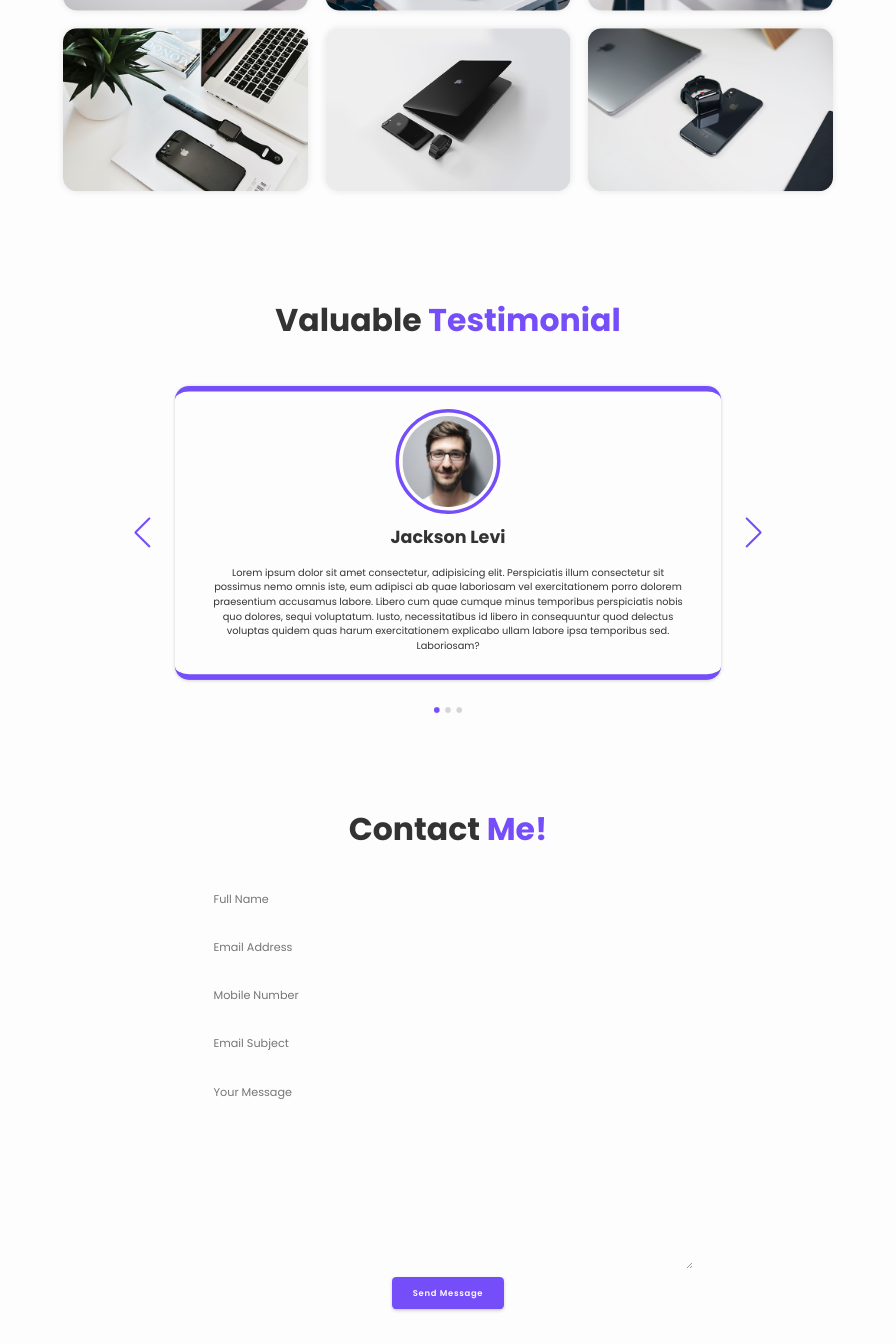
Repository: Gabi-Augusto/Portfolio
Page: index.html
These files come from the project's save history. The page is drawn as it stood at one moment and after the next save; the edit follows.
The browser window is 1280 px wide. The pictures show the part of the page from y = 2536 to 4456 px (the page is 4456 px tall), at 70% of full size.

Above is the page before, as saved 2023-11-29 20:57:19.

### index.html
<!DOCTYPE html>
<html lang="en">

<head>
    <meta charset="UTF-8">
    <meta http-equiv="X-UA-Compatible" content="IE=edge">
    <meta name="viewport" content="width=device-width, initial-scale=1.0">
    <title>Portfolio Website Design | Gabriela Augusto</title>

    <!-- swiper css -->
    <link rel="stylesheet" href="https://cdn.jsdelivr.net/npm/swiper@9/swiper-bundle.min.css" />

    <!-- box icons -->
    <link href='https://unpkg.com/boxicons@2.1.4/css/boxicons.min.css' rel='stylesheet'>

    <!-- custom css -->
    <link rel="stylesheet" href="css/style.css">
</head>

<body>

    <!-- header design -->
    <header class="header">
        <a href="#" class="logo">Portfolio.</a>

        <nav class="navbar">
            <a href="#home" class="active">Home</a>
            <a href="#about">About</a>
            <a href="#services">Services</a>
            <a href="#portfolio">Portfolio</a>
            <a href="#contact">Contact</a>
        </nav>

        <div class="bx bx-moon" id="darkMode-icon"></div>
    </header>

    <!-- home section design -->
    <section class="home" id="home">
        <div class="home-content">
            <h3>Hello, I am</h3>
            <h1>Gabriela Augusto</h1>
            <p>Lorem ipsum, dolor sit amet consectetur adipisicing elit. Veritatis sequi amet numquam sunt eius quae deleniti dolore voluptatum.</p>

            <div class="social-media">
                <a href="#"><i class='bx bxl-instagram-alt'></i></a>
                <a href="#"><i class='bx bxl-linkedin' ></i></a>
                <a href="#"><i class='bx bxl-github' ></i></a>
            </div>

            <a href="#" class="btn">Download CV</a>
        </div>

        <div class="profession-container">
            <div class="profession-box">
                <div class="profession" style="--i:0;">
                    <i class='bx bx-cloud'></i>
                    <h3>Salesforce Developer</h3>
                </div>
                <div class="profession" style="--i:1;">
                    <i class='bx bx-bulb'></i>
                    <h3>Business Analyst</h3>
                </div>
                <div class="profession" style="--i:2;">
                    <i class='bx bx-palette'></i>
                    <h3>Web Designer</h3>
                </div>
                <div class="profession" style="--i:3;">
                    <i class='bx bx-code-alt' ></i>
                    <h3>FullStack Developer</h3>
                </div>
                <div class="circle"></div>
            </div>
            <div class="overlay"></div>
        </div>
        <div class="home-img">
            <img src="imagens/home.png" alt="">
        </div>
    </section>

    <!-- about section design -->

    <section class="about" id="about">
        <div class="about-img">
            <img src="imagens/about.png" alt="">
        </div>

        <div class="about-content">
            <h2 class="heading">About <span>Me</span></h2>
            <h3>Hi, I'm Here To Help Your Next Project!</h3>
            <p>Lorem ipsum dolor sit, amet consectetur adipisicing elit. Consequatur laudantium reiciendis voluptates maxime optio cumque accusantium sunt temporibus cupiditate! Sed mollitia id doloribus nesciunt odit harum, praesentium aliquid. Soluta, harum est eveniet quos provident veritatis eaque ullam voluptate laudantium deleniti?</p>
            <a href="#" class="btn">Read More</a>
        </div>
    </section>

    <!-- services section design -->

    <section class="services" id="services">
        <h2 class="heading">My <span>Services</span></h2>

        <div class="services-container">
            <div class="services-box">
                <i class='bx bx-code-alt' ></i>
                <h3>Salesforce Development</h3>
                <p>Lorem ipsum dolor sit amet consectetur adipisicing elit. Corrupti quidem blanditiis error dignissimos. Quos eligendi totam quod nesciunt modi harum incidunt accusamus.</p>
                <a href="#" class="btn">Read More</a>
            </div>
            <div class="services-box">
                <i class='bx bxs-paint'></i>
                <h3>Graphic Design</h3>
                <p>Lorem ipsum dolor sit amet consectetur adipisicing elit. Corrupti quidem blanditiis error dignissimos. Quos eligendi totam quod nesciunt modi harum incidunt accusamus.</p>
                <a href="#" class="btn">Read More</a>
            </div>
            <div class="services-box">
                <i class='bx bx-bar-chart-alt'></i>
                <h3>Digital Marketing</h3>
                <p>Lorem ipsum dolor sit amet consectetur adipisicing elit. Corrupti quidem blanditiis error dignissimos. Quos eligendi totam quod nesciunt modi harum incidunt accusamus.</p>
                <a href="#" class="btn">Read More</a>
            </div>
        </div>
    </section>

    <!-- portfolio section design -->

    <section class="portfolio" id="portfolio">
        <h2 class="heading">Latest <span>Project</span></h2>

        <div class="portfolio-container">
            <div class="portfolio-box">
                <img src="imagens/portfolio1.jpg" alt="">

                <div class="portfolio-layer">
                    <h4>Web Desing</h4>
                    <p>Lorem ipsum dolor sit amet consectetur adipisicing elit. Asperiores, ut possimus!</p>
                    <a href="#"><i class='bx bx-link-external' ></i></a>
                </div>
            </div>

            <div class="portfolio-box">
                <img src="imagens/portfolio2.jpg" alt="">

                <div class="portfolio-layer">
                    <h4>Web Desing</h4>
                    <p>Lorem ipsum dolor sit amet consectetur adipisicing elit. Asperiores, ut possimus!</p>
                    <a href="#"><i class='bx bx-link-external' ></i></a>
                </div>
            </div>

            <div class="portfolio-box">
                <img src="imagens/portfolio3.jpg" alt="">

                <div class="portfolio-layer">
                    <h4>Web Desing</h4>
                    <p>Lorem ipsum dolor sit amet consectetur adipisicing elit. Asperiores, ut possimus!</p>
                    <a href="#"><i class='bx bx-link-external' ></i></a>
                </div>
            </div>

            <div class="portfolio-box">
                <img src="imagens/portfolio4.jpg" alt="">

                <div class="portfolio-layer">
                    <h4>Web Desing</h4>
                    <p>Lorem ipsum dolor sit amet consectetur adipisicing elit. Asperiores, ut possimus!</p>
                    <a href="#"><i class='bx bx-link-external' ></i></a>
                </div>
            </div>

            <div class="portfolio-box">
                <img src="imagens/portfolio5.jpg" alt="">

                <div class="portfolio-layer">
                    <h4>Web Desing</h4>
                    <p>Lorem ipsum dolor sit amet consectetur adipisicing elit. Asperiores, ut possimus!</p>
                    <a href="#"><i class='bx bx-link-external' ></i></a>
                </div>
            </div>

            <div class="portfolio-box">
                <img src="imagens/portfolio6.jpg" alt="">

                <div class="portfolio-layer">
                    <h4>Web Desing</h4>
                    <p>Lorem ipsum dolor sit amet consectetur adipisicing elit. Asperiores, ut possimus!</p>
                    <a href="#"><i class='bx bx-link-external' ></i></a>
                </div>
            </div>

        </div>
    </section>

    <!-- testimonial design -->

    <div class="testimonial-container">
        <h2 class="heading">Valuable <span>Testimonial</span></h2>

        <div class="testimonial-wrapper">
            <div class="testimonial-box mySwiper">
                <div class="testimonial-content swiper-wrapper">
                    <div class="testimonial-slide swiper-slide">
                        <img src="imagens/testimonial1.jpg" alt="">
                        <h3>Jackson Levi</h3>
                        <p>Lorem ipsum dolor sit amet consectetur, adipisicing elit. Perspiciatis illum consectetur sit possimus nemo omnis iste, eum adipisci ab quae laboriosam vel exercitationem porro dolorem praesentium accusamus labore. Libero cum quae cumque minus temporibus perspiciatis nobis quo dolores, sequi voluptatum. Iusto, necessitatibus id libero in consequuntur quod delectus voluptas quidem quas harum exercitationem explicabo ullam labore ipsa temporibus sed. Laboriosam?</p>
                    </div>

                    <div class="testimonial-slide swiper-slide">
                        <img src="imagens/testimonial2.jpg" alt="">
                        <h3>Flora Ocean</h3>
                        <p>Lorem ipsum dolor sit amet consectetur, adipisicing elit. Perspiciatis illum consectetur sit possimus nemo omnis iste, eum adipisci ab quae laboriosam vel exercitationem porro dolorem praesentium accusamus labore. Libero cum quae cumque minus temporibus perspiciatis nobis quo dolores, sequi voluptatum. Iusto, necessitatibus id libero in consequuntur quod delectus voluptas quidem quas harum exercitationem explicabo ullam labore ipsa temporibus sed. Laboriosam?</p>
                    </div>

                    <div class="testimonial-slide swiper-slide">
                        <img src="imagens/testimonial3.jpg" alt="">
                        <h3>Julian Grayson</h3>
                        <p>Lorem ipsum dolor sit amet consectetur, adipisicing elit. Perspiciatis illum consectetur sit possimus nemo omnis iste, eum adipisci ab quae laboriosam vel exercitationem porro dolorem praesentium accusamus labore. Libero cum quae cumque minus temporibus perspiciatis nobis quo dolores, sequi voluptatum. Iusto, necessitatibus id libero in consequuntur quod delectus voluptas quidem quas harum exercitationem explicabo ullam labore ipsa temporibus sed. Laboriosam?</p>
                    </div>
                </div>

                <div class="swiper-button-next"></div>
                <div class="swiper-button-prev"></div>
                <div class="swiper-pagination"></div>

            </div>
        </div>
    </div>

    <!-- contact section design -->

    <section class="contact" id="contact">
        <h2 class="heading">Contact <span>Me!</span></h2>

        <form action="#">

            <div class="input-box">
                <input type="text" placeholder="Full Name">
                <input type="email" placeholder="Email Address">
            </div>

            <div class="input-box">
                <input type="number" placeholder="Mobile Number">
                <input type="text" placeholder="Email Subject">
            </div>
            <textarea name="" id="" cols="30" rows="10" placeholder="Your Message"></textarea>
            <input type="submit" value="Send Message" class="btn">
        </form>
    </section>

    <!-- footer design -->


    <!-- scroll reveal -->
    <script src="https://unpkg.com/scrollreveal"></script>

    <!-- swiper js -->
    <script src="https://cdn.jsdelivr.net/npm/swiper@9/swiper-bundle.min.js"></script>

    <!-- custom js -->
    <script src="js/script.js"></script>
</body>

</html>

### css/style.css
@import url('https://fonts.googleapis.com/css2?family=Poppins:wght@300;400;500;600;700;800;900&display=swap');

* {
    margin: 0;
    padding: 0;
    box-sizing: border-box;
    text-decoration: none;
    border: none;
    outline: none;
    scroll-behavior: smooth;
    font-family: 'Poppins', sans-serif;
}

:root {
    --bg-color: #fdfdfd;
    --text-color: #333;
    --main-color: #754ef9;
    --white-color: #fdfdfd;
    --shadow-color: rgba(0, 0, 0, .2);
}

html {
    font-size: 62.5%;
    overflow-x: hidden;
}

body {
    background: var(--bg-color);
    color: var(--text-color);
}

.header {
    position: fixed;
    top: 0;
    left: 0;
    width: 100%;
    padding: 2rem 7%;
    background: transparent;
    display: flex;
    align-items: center;
    z-index: 100;
    transition: .5s;
}

.header.sticky {
    background: var(--bg-color);
    box-shadow: 0 .1rem 1rem var(--shadow-color);
}

.logo {
    font-size: 2.5rem;
    color: var(--main-color);
    font-weight: 600;
    cursor: default;
    margin-right: auto;
}

.navbar a {
    position: relative;
    font-size: 1.7rem;
    color: var(--white-color);
    font-weight: 500;
    margin-right: 3.5rem;
}

.header.sticky .navbar a {
    color: var(--text-color);
}

.header.sticky .navbar a.active {
    color: var(--main-color);
}

.navbar a.active::before{
    content: '';
    position: absolute;
    left: 0;
    bottom: -6px;
    width: 100%;
    height: .2rem;
    background: var(--white-color);
}

.header.sticky .navbar a::before {
    background: var(--main-color);
    opacity: .7;
}

#darkMode-icon {
    font-size: 2.4rem;
    color: var(--white-color);
    cursor: pointer;
}

.header.sticky #darkMode-icon{
    color: var(--text-color);
    opacity: .9;
}

section {
    min-height: 100vh;
    padding: 7rem 7% 2rem;
}

.home {
    display: flex;
    align-items: center;
}

.home .home-content {
    max-width: 44rem;
}

.home-content h3 {
    font-size: 3.2rem;
    font-weight: 700;
    line-height: .3;
}

.home-content h1 {
    font-size: 4.8rem;
    font-weight: 700;
    margin-bottom: .3rem;
}

.home-content p {
    font-size: 1.6rem;
}

.home-content .social-media a {
    display: inline-flex;
    justify-content: center;
    align-items: center;
    width: 4rem;
    height: 4rem;
    background: transparent;
    border: .2rem solid var(--main-color);
    border-radius: 50%;
    box-shadow: 0 .2rem .5rem  var(--shadow-color);
    font-size: 2rem;
    color: var(--main-color);
    margin: 2.5rem 1.5rem 3rem 0;
    transition: .5s ease;
}

.home-content .social-media a:hover {
    background: var(--main-color);
    color: var(--white-color);
}

.btn {
    display: inline-block;
    padding: 1.2rem 2.8rem;
    background: var(--main-color);
    border-radius: .6rem;
    box-shadow: 0 .2rem .5rem var(--shadow-color);
    font-size: 1.2rem;
    color: var(--white-color);
    letter-spacing: .1rem;
    font-weight: 600;
    border: .2rem solid transparent;
    transition: .5s ease;
}

.btn:hover {
    background: transparent;
    color: var(--main-color);
    border-color: var(--main-color);
}

.home .profession-container {
    position: absolute;
    top: 48%;
    right: 30px;
    transform: translateY(-50%);
    width: 680px;
    height: 680px;
    overflow: hidden;
    pointer-events: none;
}

.home .profession-container .profession-box {
    position: absolute;
    top: 0;
    right: 0;
    width: 680px;
    height: 680px;
    border-radius: 50%;
    display: flex;
    justify-content: center;
    align-items: center;
}

.home .profession-box .profession {
    position: absolute;
    left: 0;
    display: flex;
    align-items: center;
    flex-direction: column;
    color: var(--main-color);
    transform: rotate(calc(360deg / 4 * var(--i)));
    transform-origin: 340px;
    background: var(--bg-color);
    padding: 13px 0;
}

.home .profession-box .profession:nth-child(1) i {
    margin-right: 15px;
}

.home .profession-box .profession:nth-child(2),
.home .profession-box .profession:nth-child(4) {
    padding-bottom: 20px;
}

.home .profession i {
    font-size: 3.8rem;
}

.home .profession h3 {
    font-size: 2.4rem;
    line-height: 1;
    font-weight: 600;
}

.home .profession-box .circle {
    width: 520px;
    height: 520px;
    border: 3px solid var(--main-color);
    border-radius: 50%;
}

.home .profession-container .overlay {
    position: absolute;
    top: 0;
    right: 0;
    width: 0;
    height: 0;
    border-top: 340px solid var(--main-color);
    border-right: 340px solid var(--main-color);
    border-bottom: 340px solid var(--main-color);
    border-left: 340px solid transparent;
}

.home-img img {
    position: absolute;
    bottom: 0;
    top: 83px;
    right: 70px;
    width: 29%;
    pointer-events: none;
}

span {
    color: var(--main-color);
}

.about {
    display: flex;
    justify-content: center;
    align-items: center;
    gap: 6rem;
}

.about-img img {
    width: 40vw;
}

.heading {
    font-size: 4.5rem;
    text-align: center;
}

.about-content h2 {
    text-align: left;
    line-height: 1.2;
}

.about-content h3 {
    font-size: 2rem;
}

.about-content p {
    font-size: 1.6rem;
    margin: 2rem 0 3rem;
}

.services {
    min-height: auto;
    padding-bottom: 7rem;
}

.services h2 {
    margin-bottom: 5rem;
}

.services .services-container {
    display: flex;
    justify-content: center;
    align-items: center;
    flex-wrap: wrap;
    gap: 2rem;
}

.services-container .services-box {
    flex: 1 1 30rem;
    background: var(--bg-color);
    padding: 3rem 2rem 4rem;
    border-radius: 2rem;
    box-shadow: 0 .1rem .5rem var(--shadow-color);
    text-align: center;
    border-top: .6rem solid var(--main-color);
    border-bottom: .6rem solid var(--main-color);
    transition: .5s ease;
}

.services-container .services-box:hover {
    box-shadow: 0 .1rem 2rem var(--shadow-color);
    transform: scale(1.02);
}

.services-box i {
    font-size: 7rem;
    color: var(--main-color);
}

.services-box h3 {
    font-size: 2.6rem;
    transition: .5s ease;
}

.services-box:hover h3 {
    color: var(--main-color);
}

.services-box p {
    font-size: 1.6rem;
    margin: 1rem 0 3rem;
}

.portfolio {
    padding-bottom: 10rem;
}

.portfolio h2 {
    margin-bottom: 4rem;
}

.portfolio .portfolio-container {
    display: grid;
    grid-template-columns: repeat(3, 1fr);
    align-items: center;
    gap: 2.5rem;
}

.portfolio-container .portfolio-box{
    position: relative;
    display: flex;
    border-radius: 2rem;
    box-shadow: 0 0 1rem rgba(0, 0, 0, .1);
    overflow: hidden;
}

.portfolio-box img {
    width: 100%;
    transition: .5s ease;
}

.portfolio-box:hover img {
    transform: scale(1.1);
}

.portfolio-box .portfolio-layer {
    position: absolute;
    bottom: 0;
    left: 0;
    width: 100%;
    height: 100%;
    background: linear-gradient(rgba(0, 0, 0, .1), var(--main-color));
    color: var(--white-color);
    display: flex;
    justify-content: center;
    align-items: center;
    flex-direction: column;
    text-align: center;
    padding: 0 4rem;
    opacity: 0;
    transition: .5s ease;
}

.portfolio-box:hover .portfolio-layer {
    opacity: 1;
}

.portfolio-layer h4 {
    font-size: 3rem;
}

.portfolio-layer p {
    font-size: 1.6rem;
    margin: .3rem 0 1rem;
}

.portfolio-layer a {
    display: inline-flex;
    justify-content: center;
    align-items: center;
    width: 5rem;
    height: 5rem;
    background: var(--white-color);
    border-radius: 50%;
}

.portfolio-layer a i {
    font-size: 2rem;
    color: #333;
}

.testimonial-container {
    display: flex;
    align-items: center;
    flex-direction: column;
    width: 100%;
    padding: 5rem 1rem;
}

.testimonial-container .testimonial-wrapper {
    position: relative;
    max-width: 90rem;
    width: 100%;
    padding: 5rem;
}

.testimonial-wrapper .testimonial-box {
    padding: 1rem;
    border-radius: 2rem;
    overflow: hidden;
}

.testimonial-content .testimonial-slide {
    display: flex;
    align-items: center;
    flex-direction: column;
    background: var(--bg-color);
    border-radius: 2rem;
    box-shadow: 0 .1rem .5rem var(--shadow-color);
    padding: 3rem 5rem;
    border-top: .8rem solid var(--main-color);
    border-bottom: .8rem solid var(--main-color);
}

.testimonial-slide img {
    width: 14rem;
    height: 14rem;
    object-fit: cover;
    border-radius: 50%;
    border: .5rem solid var(--bg-color);
    outline: .5rem solid var(--main-color);
}

.testimonial-slide h3 {
    font-size: 2.5rem;
    margin: 2rem 0;
}

.testimonial-slide p {
    font-size: 1.4rem;
    text-align: center;
}

.testimonial-box .swiper-button-next,
.testimonial-box .swiper-button-prev {
    color: var(--main-color);
}

.testimonial-box .swiper-button-next {
    right: 0;
}

.testimonial-box .swiper-button-prev {
    left: 0;
}

.testimonial-box .swiper-pagination-bullet {
    background: rgba(0, 0, 0, .8);
}

.testimonial-box .swiper-pagination-bullet-active {
    background: var(--main-color);
}

.contact h2 {
    margin-bottom: 3rem;
}

.contact form {
    max-width: 70rem;
    margin: 1rem auto;
    text-align: center;
    margin-bottom: 3rem;
}

.contact form .input-box {
    display: flex;
    justify-content: space-between;
    flex-wrap: wrap;
}

.contact form .input-box input,
.contact form textarea {
    width: 100%;
    padding: 1.5rem;
    font-size: 1.6rem;
    color: var(--text-color);
    background: var(--bg-color);
    border-radius: .8rem;
    margin: .7rem 0;
}

### js/script.js
/*========== menu icon navbar ==========*/
let menuIcon = document.querySelector('#menu-icon');
let navbar = document.querySelector('.navbar');


/*========== scroll sections active link ==========*/
let sections = document.querySelectorAll('section');
let navLinks = document.querySelectorAll('header nav a');

window.onscroll = () => {
    /*========== sticky navbar ==========*/
    let header = document.querySelector('.header');

    header.classList.toggle('sticky', window.scrollY > 100);
    /*========== remove menu icon navbar when click navbar link (scroll) ==========*/
};


/*========== swiper ==========*/

var swiper = new Swiper(".mySwiper", {
    slidesPerView: 1,
    spaceBetween: 50,
    loop: true,
    grabCursor: true,
    pagination: {
      el: ".swiper-pagination",
      clickable: true,
    },
    navigation: {
      nextEl: ".swiper-button-next",
      prevEl: ".swiper-button-prev",
    },
  });


/*========== dark light mode ==========*/

/*========== scroll reveal ==========*/

After the next save:
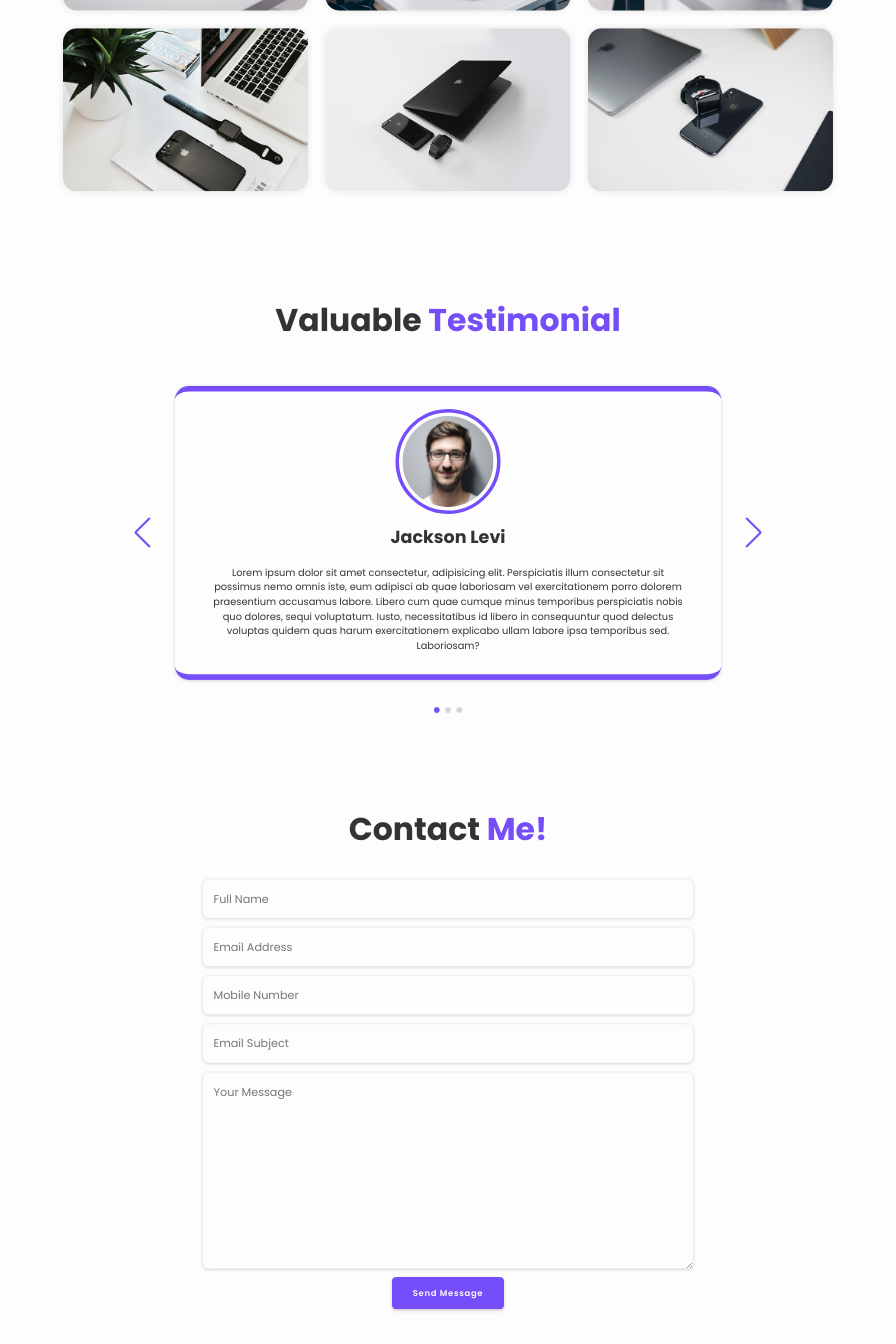
Saved 47 s later.
--- a/css/style.css
+++ b/css/style.css
@@ -515,4 +515,5 @@ span {
     background: var(--bg-color);
     border-radius: .8rem;
     margin: .7rem 0;
-}
+    box-shadow: 0 .1rem .5rem var(--shadow-color);
+}
